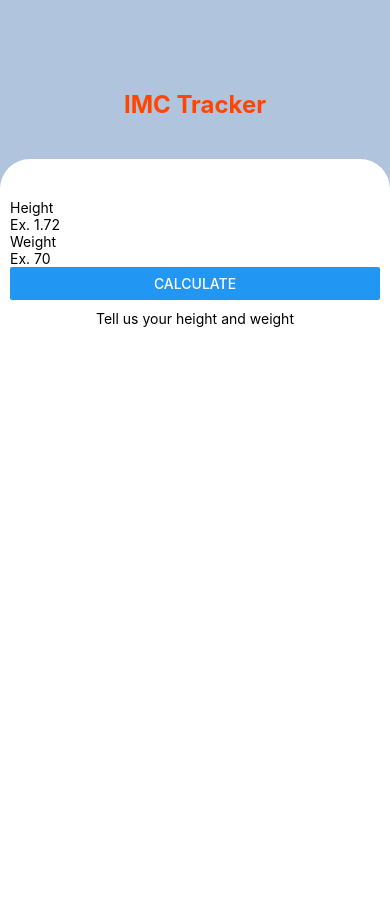
Repository: rubenmatias08/IMCTracker
Screen: /
An editor plug-in stored every save of this project. The screen is shown before and after the next save, followed by the edit.
The app was drawn by React Native's web renderer in a window 390 px wide. The project was rebuilt for these pictures with package versions that can differ from the ones it lists, and the page was loaded fresh each time.

Above is the screen before, as saved 2024-03-10 18:47:11.

After the next save:
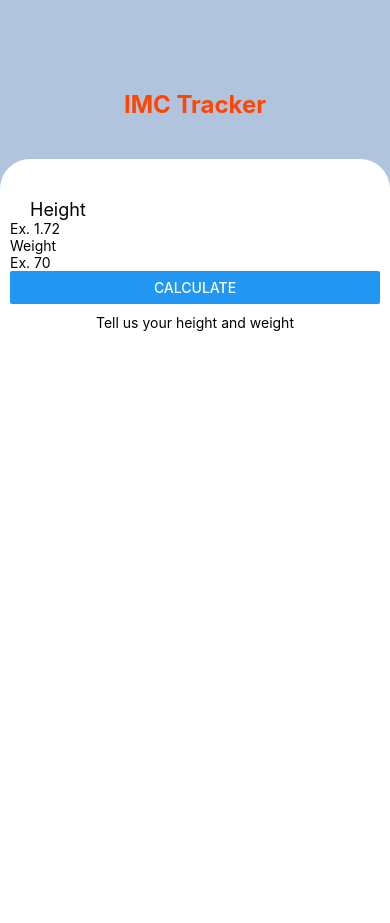
Saved 20 s later.
--- a/src/components/Form/index.js
+++ b/src/components/Form/index.js
@@ -39,7 +39,7 @@ export default function Form(){
     return(
         <View style={styles.formContent}>
             <View style={styles.form}>
-                <Text>Height</Text>
+                <Text style={styles.formLabel}>Height</Text>
                 <TextInput
                 onChangeText={setHeight}
                 value={height}
